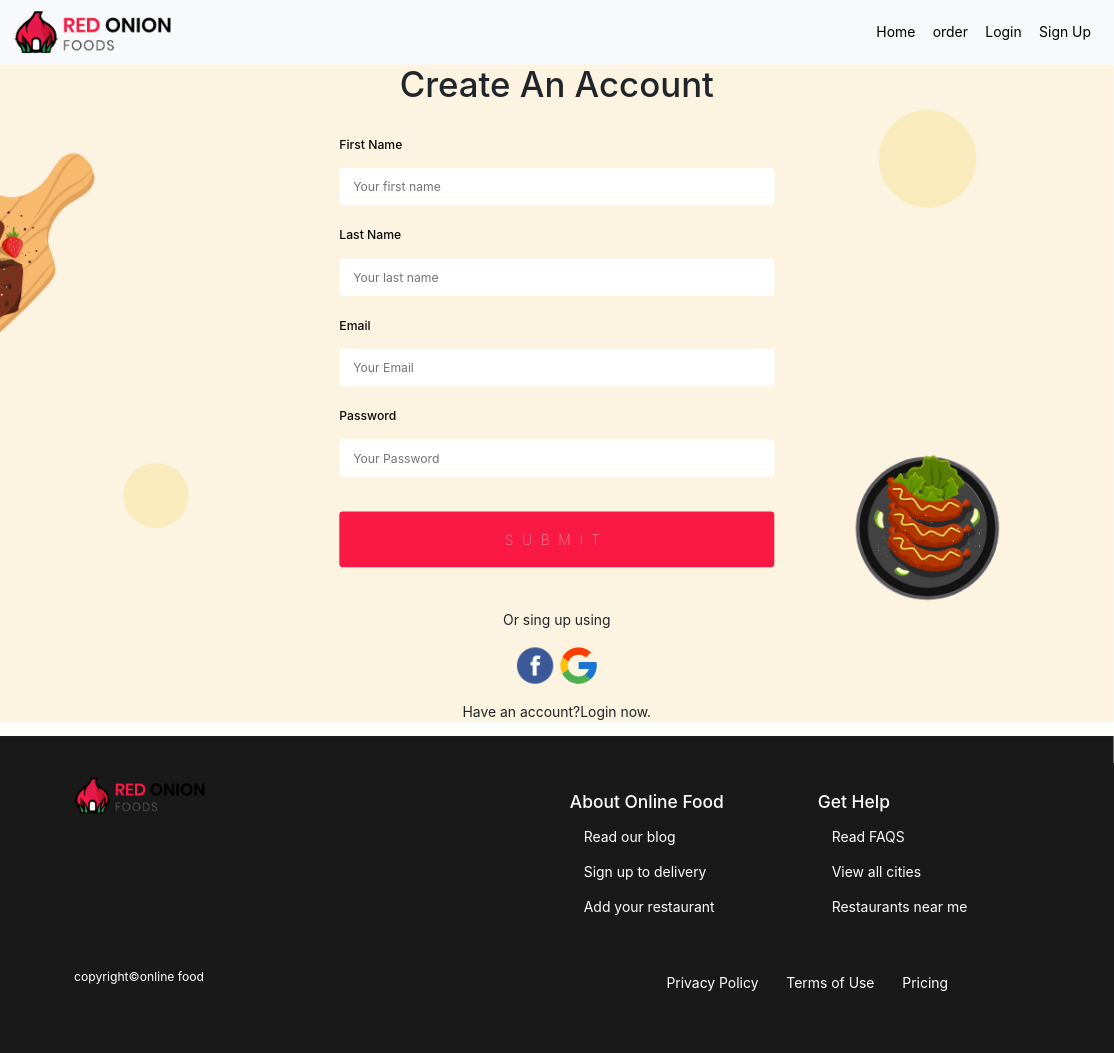
Repository: arif286/red-onion-client
Page: /signUp
The author's editor kept a copy of each file at every save. The page is drawn from the files as they stood at one save, then again after the next save.
The browser window is 1280 px wide. The pictures show the whole page, at 87% of full size.
The project was rebuilt for these pictures with package versions that can differ from the ones it lists, and the page was loaded fresh each time. Also part of the build but not shown: src/App.css, src/components/CheckOut/CheckOut.css, src/components/CheckOut/CheckOutForm/CheckOutFrom.js, src/components/CheckOut/CheckOut.js, src/components/SearchBar/SearchBar.css, src/components/SearchBar/SearchBar.js, src/components/FoodDetails/FoodDetail.css, src/components/FoodDetails/FoodDetail.js and 7 more. Imported but missing from the stored project, and not drawn on this page: src/components/CheckOut/Map/Map.

Above is the page before, as saved 2021-04-07 02:54:15.

After the next save:
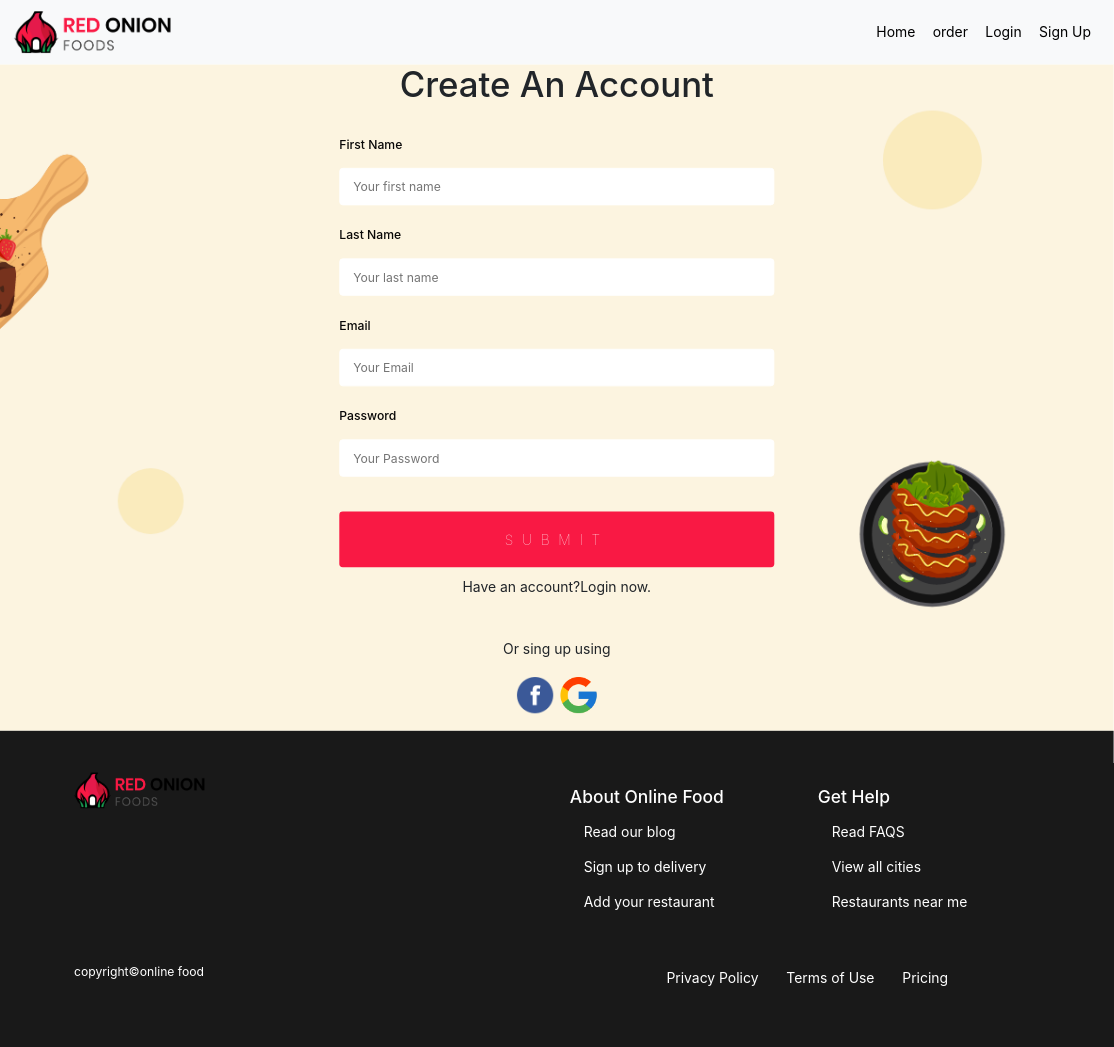
Saved 2 min 40 s later.
--- a/src/components/SingUp/SingUp.js
+++ b/src/components/SingUp/SingUp.js
@@ -46,73 +46,76 @@ const SingUp = () => {
     return (
       <div style={bgImage}>
         <div className="container">
-          <h1 className="form-header"> Create An Account</h1>
-          <form className="form-submit" onSubmit={handleSubmit(onSubmit)}>
-            <label htmlFor="firstName">First Name</label>
-            <input
-              defaultValue=""
-              name="firstName"
-              placeholder="Your first name"
-              ref={register({
-                validate: (value) => value.length > 3,
-                required: true,
-              })}
-            />
-            {errors.firstName && (
-              <p>Your first name is less than 3 characters</p>
-            )}
+          <div>
+            <h1 className="form-header"> Create An Account</h1>
+            <form className="form-submit" onSubmit={handleSubmit(onSubmit)}>
+              <label htmlFor="firstName">First Name</label>
+              <input
+                defaultValue=""
+                name="firstName"
+                placeholder="Your first name"
+                ref={register({
+                  validate: (value) => value.length > 3,
+                  required: true,
+                })}
+              />
+              {errors.firstName && (
+                <p>Your first name is less than 3 characters</p>
+              )}
 
-            <label htmlFor="lastName">Last Name</label>
-            <input
-              defaultValue=""
-              name="lastName"
-              placeholder="Your last name"
-              ref={register({
-                validate: (value) => value.length > 2,
-                required: true,
-              })}
-            />
-            {errors.lastName && <p>Your last name is less than 2 characters</p>}
+              <label htmlFor="lastName">Last Name</label>
+              <input
+                defaultValue=""
+                name="lastName"
+                placeholder="Your last name"
+                ref={register({
+                  validate: (value) => value.length > 2,
+                  required: true,
+                })}
+              />
+              {errors.lastName && (
+                <p>Your last name is less than 2 characters</p>
+              )}
 
-            <label htmlFor="email">Email</label>
-            <input
-              defaultValue=""
-              name="email"
-              placeholder="Your Email"
-              type="email"
-              ref={register({
-                required: true,
-                pattern: /^(([^<>()[\]\\.,;:\s@"]+(\.[^<>()[\]\\.,;:\s@"]+)*)|(".+"))@((\[[0-9]{1,3}\.[0-9]{1,3}\.[0-9]{1,3}\.[0-9]{1,3}\])|(([a-zA-Z\-0-9]+\.)+[a-zA-Z]{2,}))$/,
-              })}
-            />
-            {errors.email && <p>Your email is invalid</p>}
+              <label htmlFor="email">Email</label>
+              <input
+                defaultValue=""
+                name="email"
+                placeholder="Your Email"
+                type="email"
+                ref={register({
+                  required: true,
+                  pattern: /^(([^<>()[\]\\.,;:\s@"]+(\.[^<>()[\]\\.,;:\s@"]+)*)|(".+"))@((\[[0-9]{1,3}\.[0-9]{1,3}\.[0-9]{1,3}\.[0-9]{1,3}\])|(([a-zA-Z\-0-9]+\.)+[a-zA-Z]{2,}))$/,
+                })}
+              />
+              {errors.email && <p>Your email is invalid</p>}
 
-            <label htmlFor="password">Password</label>
-            <input
-              defaultValue=""
-              name="password"
-              placeholder="Your Password"
-              type="password"
-              ref={register({
-                required: true,
-                pattern: /^(?=.*\d)(?=.*[a-z])(?=.*[A-Z]).{6,20}$/,
-              })}
-            />
-            {errors.password && (
-              <p>
-                password between 6 to 20 characters which contain one numeric
-                digit, one uppercase and one lowercase letter.
-              </p>
-            )}
-            <input type="submit" />
-          </form>
-
-          <div>
-            <WithoutLogin />
+              <label htmlFor="password">Password</label>
+              <input
+                defaultValue=""
+                name="password"
+                placeholder="Your Password"
+                type="password"
+                ref={register({
+                  required: true,
+                  pattern: /^(?=.*\d)(?=.*[a-z])(?=.*[A-Z]).{6,20}$/,
+                })}
+              />
+              {errors.password && (
+                <p>
+                  password between 6 to 20 characters which contain one numeric
+                  digit, one uppercase and one lowercase letter.
+                </p>
+              )}
+              <input type="submit" />
+            </form>
             <p className="text-center">
               Have an account?
               <span onClick={() => handleToggleLogin()}>Login now.</span>
             </p>
+          </div>
+          <div>
+            <WithoutLogin />
           </div>
         </div>
       </div>
